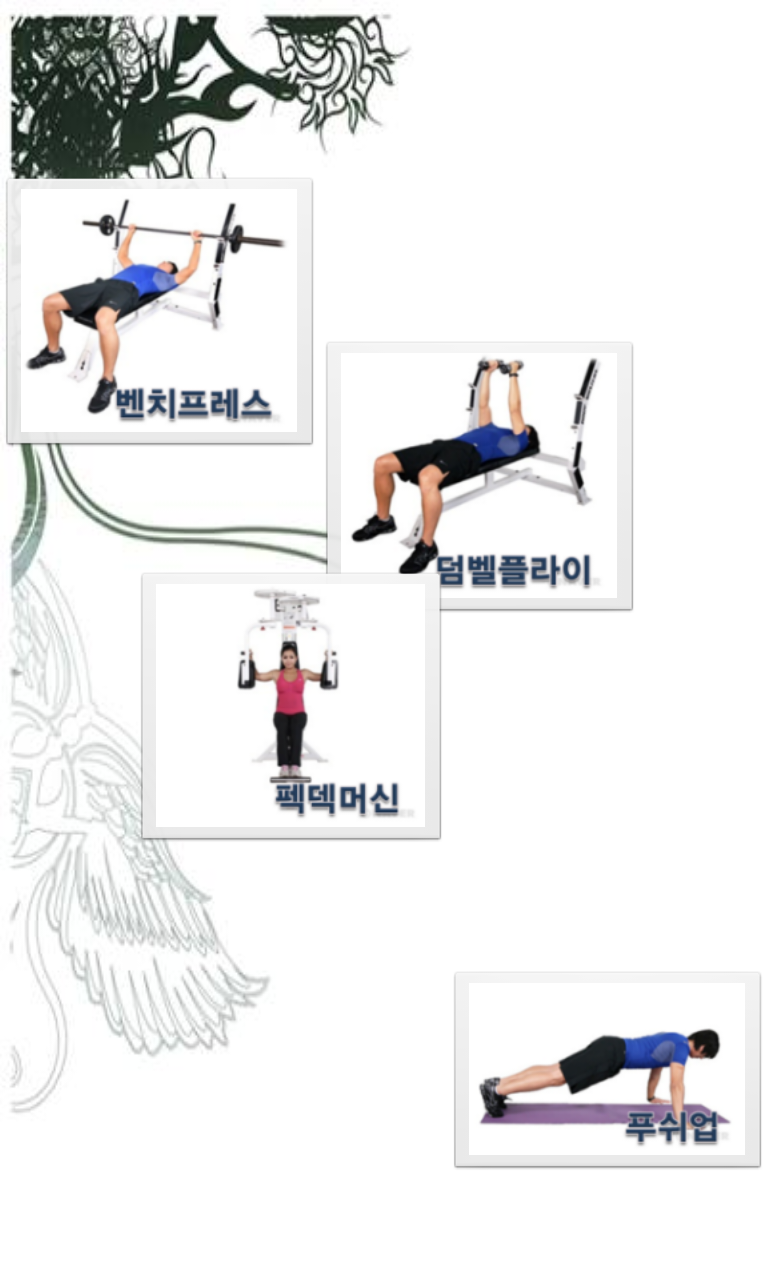
Repository: LewisLim579/2013TeamProject
Layout: PtsApp/res/layout/sa2.xml
The author's editor kept a copy of each file at every save. The layout is drawn from the files as they stood at one save, then again after the next save.
It is drawn on a 768 x 1280 px phone screen (xhdpi) without system bars, with theme android:Theme.NoTitleBar.Fullscreen; the app's code is not run.

Above is the layout before, as saved 2013-05-27 16:39:14.

After the next save:
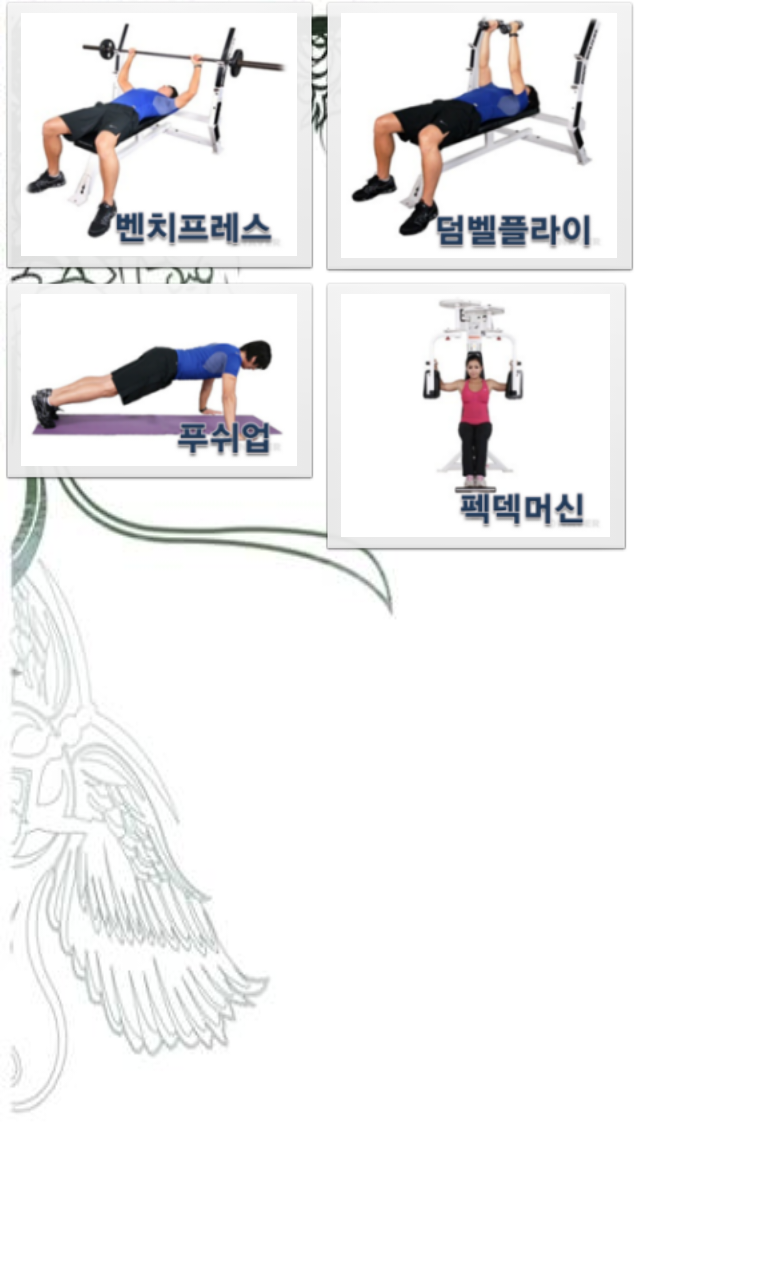
Saved 5 min 57 s later.
--- a/PtsApp/res/layout/sa2.xml
+++ b/PtsApp/res/layout/sa2.xml
@@ -1,42 +1,42 @@
-<RelativeLayout xmlns:android="http://schemas.android.com/apk/res/android"
+<LinearLayout xmlns:android="http://schemas.android.com/apk/res/android"
     android:layout_width="fill_parent"
     android:layout_height="fill_parent"
-    android:background="@drawable/back" >
+    android:background="@drawable/back"
+    android:orientation="vertical" >
 
-    <ImageButton
-        android:id="@+id/imageButton3"
-        android:layout_width="wrap_content"
-        android:layout_height="wrap_content"
-        android:layout_alignParentBottom="true"
-        android:layout_alignParentRight="true"
-        android:layout_marginBottom="51dp"
-        android:src="@drawable/g3" />
+    <LinearLayout
+        android:layout_width="match_parent"
+        android:layout_height="wrap_content" >
 
-    <ImageButton
-        android:id="@+id/imageButton1"
-        android:layout_width="wrap_content"
-        android:layout_height="wrap_content"
-        android:layout_alignParentLeft="true"
-        android:layout_alignParentTop="true"
-        android:layout_marginTop="88dp"
-        android:src="@drawable/g1" />
+        <ImageButton
+            android:id="@+id/imageButton1"
+            android:layout_width="wrap_content"
+            android:layout_height="wrap_content"
+            android:src="@drawable/g1" />
 
-    <ImageButton
-        android:id="@+id/imageButton2"
-        android:layout_width="wrap_content"
-        android:layout_height="wrap_content"
-        android:layout_alignTop="@+id/imageButton1"
-        android:layout_marginTop="82dp"
-        android:layout_toRightOf="@+id/imageButton1"
-        android:src="@drawable/g2" />
+        <ImageButton
+            android:id="@+id/imageButton2"
+            android:layout_width="wrap_content"
+            android:layout_height="wrap_content"
+            android:src="@drawable/g2" />
 
-    <ImageButton
-        android:id="@+id/imageButton4"
-        android:layout_width="wrap_content"
-        android:layout_height="wrap_content"
-        android:layout_below="@+id/imageButton1"
-        android:layout_marginTop="58dp"
-        android:layout_toLeftOf="@+id/imageButton3"
-        android:src="@drawable/g4" />
+    </LinearLayout>
 
-</RelativeLayout>
+    <LinearLayout
+        android:layout_width="match_parent"
+        android:layout_height="wrap_content" >
+
+        <ImageButton
+            android:id="@+id/imageButton3"
+            android:layout_width="wrap_content"
+            android:layout_height="wrap_content"
+            android:src="@drawable/g3" />
+
+        <ImageButton
+            android:id="@+id/imageButton4"
+            android:layout_width="wrap_content"
+            android:layout_height="wrap_content"
+            android:src="@drawable/g4" />
+    </LinearLayout>
+
+</LinearLayout>
